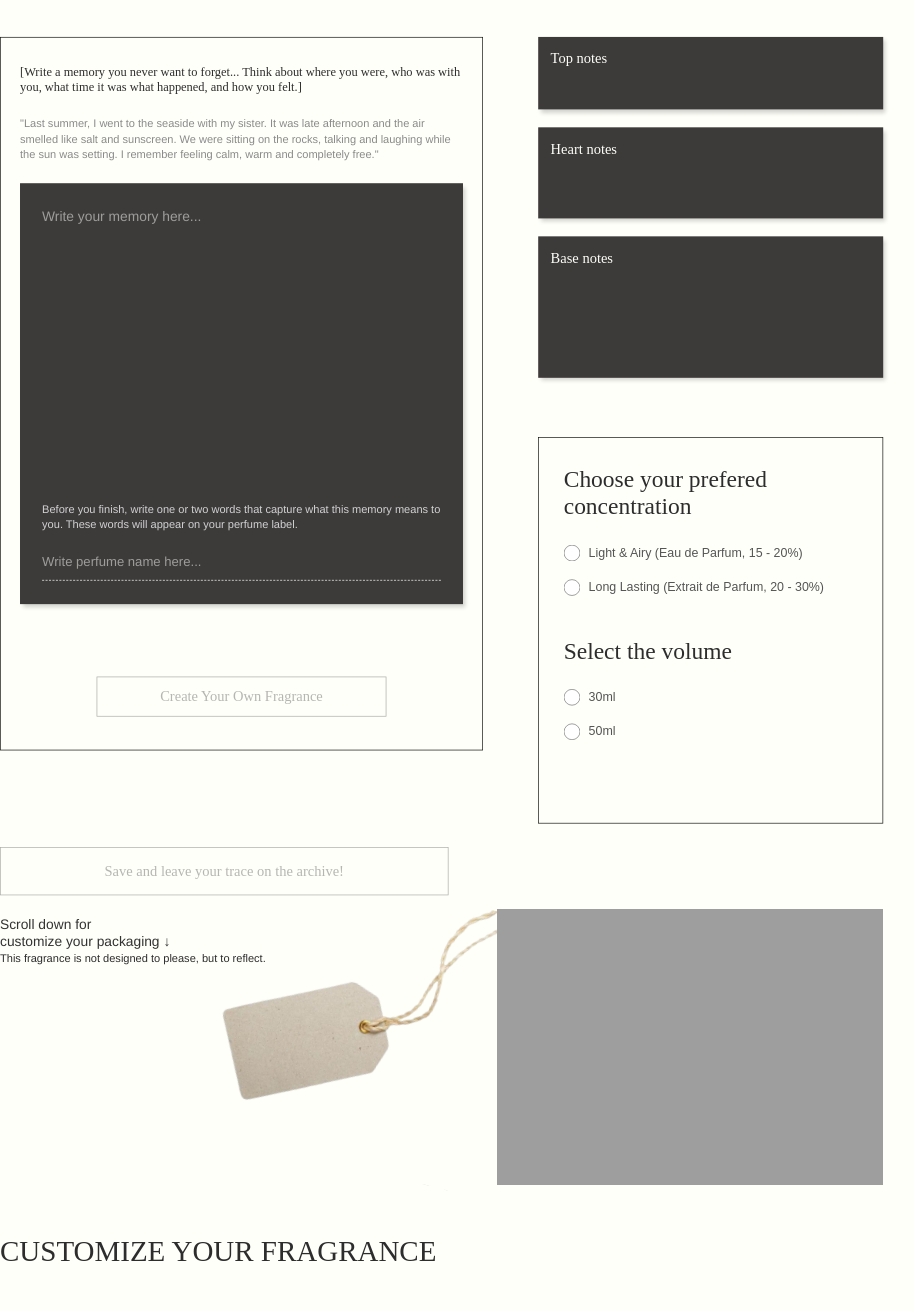
Repository: doagunes/Sillage
Page: /create
The author's editor kept a copy of each file at every save. The page is drawn from the files as they stood at one save, then again after the next save.
The browser window is 1280 px wide. The page is 1325 px wide, so the pictures cover 1325 px, including what lies to the right of the window. The pictures show the part of the page from y = 773 to 2673 px (the page is 4240 px tall), at 69% of full size.
Pictures or frames that could not be fetched are drawn as grey boxes. Some web fonts or font styles are not loaded; a fallback is used. The project was rebuilt for these pictures with package versions that can differ from the ones it lists, and the page was loaded fresh each time. Also part of the build but not shown: vite.config.js, src/pages/SignUp.css, src/pages/SignUp.jsx, src/pages/Login.css, src/pages/Login.jsx, src/components/DynamicPerfumeBottle.css, src/components/DynamicPerfumeBottle.jsx, src/pages/Account.css and 17 more.

Above is the page before, as saved 2026-06-06 12:48:52.

### index.html
<!doctype html>
<html lang="en">
  <head>
    <meta charset="UTF-8" />
    <link rel="icon" type="image/svg+xml" href="/favicon.svg" />
    <meta name="viewport" content="width=device-width, initial-scale=1.0" />
    <title>sillage</title>
  </head>
  <body>
    <div id="root"></div>
    <script type="module" src="/src/main.jsx"></script>
  </body>
</html>

### src/main.jsx
import React from 'react'
import ReactDOM from 'react-dom/client'
import App from './App'
import './index.css'
import "./styles/fonts.css";

ReactDOM.createRoot(document.getElementById('root')).render(
  <React.StrictMode>
    <App />
  </React.StrictMode>,
)

### src/App.jsx
import "./index.css";
import { BrowserRouter, Routes, Route } from "react-router-dom";
import { AuthProvider } from "./context/AuthContext";
import { CartProvider } from "./context/CartContext";

import SignUp from "./pages/SignUp";
import Login from "./pages/Login";
import Account from "./pages/Account";

import Home from "./pages/Home";
import About from "./pages/About";
import Create from "./pages/Create";
import Archive from "./pages/Archive";
import ArchiveDetail from "./pages/ArchiveDetail";
import Cart from "./pages/Cart";
import ScentDetail from "./pages/ScentDetail";

function App() {
  return (
    <AuthProvider>
      <CartProvider>
        <BrowserRouter>
          <Routes>
            <Route path="/" element={<Home />} />
            <Route path="/about" element={<About />} />
            <Route path="/create" element={<Create />} />
            <Route path="/archive" element={<Archive />} />
            <Route path="/archive/:id" element={<ArchiveDetail />} />

            <Route path="/signup" element={<SignUp />} />
            <Route path="/login" element={<Login />} />
            <Route path="/account" element={<Account />} />

            <Route path="/cart" element={<Cart />} />

            <Route path="/scents/:scentId" element={<ScentDetail />} />
          </Routes>
        </BrowserRouter>
      </CartProvider>
    </AuthProvider>
  );
}

export default App;

### src/index.css
@import "tailwindcss";

@font-face {
  font-family: "Richmond Display";
  src: url("./assets/fonts/RichmondDisplay-Light.otf") format("opentype");
  font-weight: 300;
  font-style: normal;
}

@font-face {
  font-family: "Helvetica Neue Light";
  src: url("./assets/fonts/HelveticaNeue-Light.otf") format("opentype");
  font-weight: 300;
  font-style: normal;
}

:root {
  --font-heading: "Richmond Display", serif;
  --font-body: "Helvetica Neue Light", Arial, sans-serif;
}

* {
  margin: 0;
  padding: 0;
  box-sizing: border-box;
}

body {
  background-color: #f7f3ee;
  font-family: var(--font-body);
}

h1,
h2,
h3,
h4,
h5,
h6 {
  font-family: var(--font-heading);
  font-weight: 300;
}
@keyframes luxuryFade {
  from {
    opacity: 0;
    transform: translateY(40px);
    filter: blur(8px);
  }

  to {
    opacity: 1;
    transform: translateY(0);
    filter: blur(0);
  }
}

.page-enter {
  animation: luxuryFade 1.8s cubic-bezier(0.22, 1, 0.36, 1);
}

### src/styles/fonts.css
@font-face {
  font-family: "Richmond Display";
  src: url("../assets/fonts/RichmondDisplay-Light.otf")
    format("opentype");
  font-weight: 300;
  font-style: normal;
}

@font-face {
  font-family: "Helvetica Neue Light";
  src: url("../assets/fonts/HelveticaNeue-Light.otf")
    format("opentype");
  font-weight: 300;
  font-style: normal;
}

### src/context/AuthContext.jsx
import { createContext, useContext, useEffect, useState } from "react";

const AuthContext = createContext();

const API_URL = "http://localhost:5001/api";

export function AuthProvider({ children }) {
  const [user, setUser] = useState(null);

  useEffect(() => {
    const savedCurrentUser = localStorage.getItem("sillageCurrentUser");

    if (savedCurrentUser) {
      setUser(JSON.parse(savedCurrentUser));
    }
  }, []);

  const signup = async ({ username, email, password }) => {
    try {
      const response = await fetch(`${API_URL}/signup`, {
        method: "POST",
        headers: {
          "Content-Type": "application/json",
        },
        body: JSON.stringify({
          username,
          email,
          password,
        }),
      });

      const data = await response.json();

      if (!response.ok) {
        return {
          success: false,
          message: data.message || "Signup failed.",
        };
      }

      localStorage.setItem("sillageCurrentUser", JSON.stringify(data));
      setUser(data);

      return {
        success: true,
        user: data,
      };
    } catch (error) {
      return {
        success: false,
        message: "Could not connect to the server.",
      };
    }
  };

  const login = async (email, password) => {
    try {
      const response = await fetch(`${API_URL}/login`, {
        method: "POST",
        headers: {
          "Content-Type": "application/json",
        },
        body: JSON.stringify({
          email,
          password,
        }),
      });

      const data = await response.json();

      if (!response.ok) {
        return {
          success: false,
          message: data.message || "Login failed.",
        };
      }

      localStorage.setItem("sillageCurrentUser", JSON.stringify(data));
      setUser(data);

      return {
        success: true,
        user: data,
      };
    } catch (error) {
      return {
        success: false,
        message: "Could not connect to the server.",
      };
    }
  };

  const logout = () => {
    localStorage.removeItem("sillageCurrentUser");
    setUser(null);
  };

  const isLoggedIn = Boolean(user);

  return (
    <AuthContext.Provider value={{ user, isLoggedIn, signup, login, logout }}>
      {children}
    </AuthContext.Provider>
  );
}

export function useAuth() {
  return useContext(AuthContext);
}

### src/components/Navbar.jsx
import "./Navbar.css";
import { Link } from "react-router-dom";
import { useAuth } from "../context/AuthContext";

import logo from "../assets/navbar/sillage-logo.svg";
import userIcon from "../assets/navbar/user-icon.svg";
import bagIcon from "../assets/navbar/bag-icon.svg";
import instagramIcon from "../assets/navbar/instagram-icon.svg";

function Navbar() {
  const { isLoggedIn } = useAuth();

  return (
    <header className="navbar">
      <Link to="/" className="logo">
        <img src={logo} alt="sillage" />
      </Link>

      <nav className="nav-links">
        <Link to="/about">About</Link>
        <Link to="/create">Create Your Own Fragrance</Link>
        <Link to="/archive">Memory Archive</Link>
      </nav>

      <div className="nav-icons">
        <Link to={isLoggedIn ? "/account" : "/signup"} className="nav-icon-link">
          <img src={userIcon} alt="Account" />
        </Link>

        <Link to="/cart" className="nav-icon-link">
          <img src={bagIcon} alt="Cart" />
        </Link>

        <a
          href="https://www.instagram.com/"
          target="_blank"
          rel="noreferrer"
          className="nav-icon-link"
        >
          <img src={instagramIcon} alt="Instagram" />
        </a>
      </div>
    </header>
  );
}

export default Navbar;

### src/components/Footer.jsx
import "./Footer.css";
import { Link } from "react-router-dom";
import logo from "../assets/sillage-logo-b.svg";

function Footer() {
  return (
    <footer className="footer">
      <Link to="/" className="footer-brand">
        <img src={logo} alt="Sillage" />
      </Link>

      <div className="footer-col">
        <Link to="/about">
          <h3>About</h3>
        </Link>
      </div>

      <div className="footer-col">
        <h3>Scent Studio</h3>

        <Link to="/create">
          Create Your Own Perfume
        </Link>

        <Link to="/create">
          Customize Your Packaging
        </Link>
      </div>

      <div className="footer-col">
        <Link to="/archive">
          <h3>Memory Archive</h3>
        </Link>
      </div>

      <div className="footer-col contact">
        <h3>Contacts</h3>

        <p>info@sillageperfumery.com.tr</p>

        <p>
          +90 123 456 78 90 &nbsp; | &nbsp; Izmir / Turkey
        </p>
      </div>
    </footer>
  );
}

export default Footer;

### src/pages/Create.css
.create-page {
  background: #fffffa;
  color: #2E2D2D;
  font-family: "Helvetica Neue", Arial, sans-serif;
}

/* HERO */

.create-hero {
  width: 1280px;
  margin: 0 auto;
  display: grid;
  grid-template-columns: 50% 50%;
  border-left: 1px solid #111;
  border-right: 1px solid #111;
  border-bottom: 1px solid #111;
  border-top: none;
}

.create-hero-left {
  height: 330px;
  padding: 42px 32px 28px;
  box-sizing: border-box;

  display: flex;
  flex-direction: column;
  justify-content: space-between;
}

.create-hero-left h1 {
  margin: 0;
  font-family: "Richmond Display", serif;
  font-size: 44px;
  line-height: 1.18;
  font-weight: 300;
  letter-spacing: 0.01em;
  color: #2E2D2D;
}

.create-hero-left p {
  margin: 0;
  font-size: 36px;
  font-weight: 300;
  line-height: 1;
}

.create-hero-image {
  height: 330px;
  border-left: 1px solid #111;
  overflow: hidden;
}

.create-hero-image img {
  width: 100%;
  height: 100%;
  object-fit: cover;
  filter: grayscale(100%);
  display: block;
}

/* STEPS */

.steps-grid {
  width: 1280px;
  margin: 0 auto 62px;
  display: grid;
  grid-template-columns: repeat(4, 1fr);
  border-left: 1px solid #111;
}

.step-card {
  min-height: 270px;
  border-right: 1px solid #111;
  border-bottom: 1px solid #111;
  position: relative;
  padding: 100px 28px 28px;
  box-sizing: border-box;
}

.step-number {
  position: absolute;
  top: 0;
  left: 0;
  width: 66px;
  height: 66px;
  border-right: 1px solid #111;
  border-bottom: 1px solid #111;

  display: flex;
  align-items: center;
  justify-content: center;

  font-family: "Richmond Display", serif;
  font-size: 44px;
  font-weight: 300;
  line-height: 1;
}

.step-card p {
  margin: 0;
  font-size: 30px;
  line-height: 1.22;
  font-weight: 100;
}

/* CREATE MAIN */

.create-main {
  width: 1280px;
  margin: 70px auto 0;

  display: grid;
  grid-template-columns: 700px 500px;

  gap: 80px;

  align-items: start;
}

.memory-panel {
  border: 1px solid #111;
  padding: 38px 28px 48px;
  min-height: 900px;
  box-sizing: border-box;
}

.memory-panel h3 {
  margin: 0 0 30px;
  font-family: "Richmond Display", serif;
  font-size: 18px;
  font-weight: 400;
  line-height: 1.28;
}

.memory-panel > p {
  margin: 0 0 32px;
  color: #8a8a8a;
  font-size: 16px;
  line-height: 1.35;
  font-family: "Helvetica Neue", Arial, sans-serif;
}

.memory-input {
  background: #3d3a3a;
  color: #fffffa;
  height: 610px;
  padding: 34px 32px;
  box-sizing: border-box;
  display: flex;
  flex-direction: column;
  box-shadow: 4px 5px 6px rgba(0, 0, 0, 0.18);
  font-family: "Helvetica Neue", Arial, sans-serif;
}

.memory-input textarea {
  flex: 1;
  min-height: 360px;
  background: transparent;
  border: none;
  color: #fffffa;
  font-size: 20px;
  line-height: 1.4;
  outline: none;
  resize: none;
}

.memory-input span {
  color: #d2d2d2;
  font-size: 16px;
  line-height: 1.35;
  margin-top: auto;
}

.memory-title-input {
  margin-top: 22px;
  background: transparent;
  border: none;
  border-bottom: 1px dashed #fffffa;
  color: #fffffa;
  font-size: 19px;
  outline: none;
  padding: 8px 0 12px;
}

.memory-panel > button {
  width: 420px;
  height: 58px;
  margin: 105px auto 0;
  display: block;
  border: 1px solid #111;
  background: transparent;
  font-family: "Richmond Display", serif;
  font-size: 21px;
  cursor: pointer;
}

/* NOTES */

.notes-panel {
  display: grid;
  grid-template-columns: 1fr;
  gap: 26px;
}

.note-box {
  height: 105px;
  background: #3d3a3a;
  color: #fffffa;
  padding: 16px 18px;
  box-sizing: border-box;
  box-shadow: 4px 5px 6px rgba(0, 0, 0, 0.18);

  overflow-y: auto;
  overflow-x: hidden;
}

.note-heart {
  height: 132px;
  overflow-y: auto;
}

.note-base {
  height: 205px;
  overflow-y: auto;
}

.note-box h3 {
  margin: 0 0 8px;
  font-family: "Richmond Display", serif;
  font-size: 21px;
  font-weight: 300;
}

/* OPTIONS */

.options-box {
  border: 1px solid #111;

  min-height: 560px;

  padding: 40px 36px;

  box-sizing: border-box;

  margin-top: 60px;

  background: #fffffa;
}

.options-box h3 {
  margin: 0 0 36px;

  font-family: "Richmond Display", serif;
  font-size: 34px;
  font-weight: 300;
  line-height: 1.15;

  color: #2E2D2D;
}

.options-box h3:nth-of-type(2) {
  margin-top: 60px;
}

.options-box label {
  display: flex;
  align-items: center;

  margin-bottom: 26px;

  font-family: "Helvetica Neue Light", sans-serif;
  font-size: 18px;
  font-weight: 300;
  line-height: 1.3;

  color: #555;
}

.options-box input {
  width: 24px;
  height: 24px;

  margin-right: 12px;

  accent-color: #111;

  flex-shrink: 0;
}

/* SAVE */

.archive-save {
  width: 1280px;
  margin: 34px auto 80px;
  position: relative;
  z-index: 20;
}

.archive-save button {
  width: 650px;
  height: 70px;
  border: 1px solid #111;
  background: transparent;
  font-family: "Richmond Display", serif;
  font-size: 21px;
  cursor: pointer;
  position: relative;
  z-index: 21;
}

/* TAG */

.tag-section {
  width: 1280px;
  height: 360px;
  margin: 0 auto 45px;
  position: relative;
}

.scroll-hint {
  position: absolute;
  left: 0;
  top: -50px;

  display: flex;
  flex-direction: column;

  font-size: 20px;
  font-weight: 300;
  line-height: 1.25;
  color: #333;
}

.tag-img {
  position: absolute;
  left: 257px;
  top: -150px;

  width: 500px;
  height: auto;
  display: block;
}

.tag-photo-img {
  position: absolute;
  right: 0;
  top: -60px;

  width: 560px;
  height: 400px;
  object-fit: cover;
  display: block;
}

/* CUSTOMIZE SECTION */

.customize-section {
  width: 1280px;
  margin: 0 auto 90px;
}

.customize-section h2 {
  font-family: "Richmond Display", serif;
  font-size: 42px;
  font-weight: 100;
  margin: 0 0 55px;
  color: #2E2D2D;
}

.customize-grid {
  display: grid;
  grid-template-columns: 58% 42%;
  gap: 45px;
  align-items: start;
}

.package-preview {
  width: 100%;
  height: 670px;
  overflow: hidden;
}

.package-preview img {
  width: 100%;
  height: 100%;
  object-fit: cover;
  display: block;
}

/* RIGHT PANEL */

.package-customize-panel h3 {
  font-family: "Richmond Display", serif;
  font-size: 28px;
  font-weight: 300;
  line-height: 1.2;
  margin: 0 0 35px;
  color: #222;
}

.package-upload-box {
  height: 260px;
  border: 2px dashed #c9d1d8;
  display: flex;
  flex-direction: column;
  align-items: center;
  justify-content: center;
  gap: 22px;
  position: relative;
  margin-bottom: 150px;
}

.upload-icon {
  font-size: 34px;
  color: #111;
  line-height: 1;
}

.package-upload-box p {
  margin: 0;
  text-align: center;
  font-size: 25px;
  font-weight: 300;
  line-height: 1.25;
  color: #666;
}

.package-upload-plus {
  width: 58px;
  height: 58px;
  background: #202020;
  color: #fffffa;
  display: flex;
  align-items: center;
  justify-content: center;
  font-size: 34px;
  font-weight: 300;
  cursor: pointer;
}

.package-upload-preview {
  width: 100%;
  height: 100%;
  object-fit: cover;
}

.package-description {
  font-size: 19px;
  font-weight: 100;
  line-height: 1.22;
  color: #333;
  margin: 0;
}

/* PACKAGING CHOICE */

.packaging-choice-section {
  width: 1280px;
  margin: 120px auto 110px;
  display: grid;
  grid-template-columns: 760px 430px;
  gap: 90px;
  align-items: start;
}

.packaging-options {
  display: grid;
  grid-template-columns: 1fr 1fr;
  border: 1px solid #111;
}

.packaging-card {
  padding: 26px 24px 34px;
  min-height: 520px;
  border-right: 1px solid #111;
  box-sizing: border-box;
  cursor: pointer;
}

.packaging-card:last-child {
  border-right: none;
}

.packaging-title {
  display: flex;
  align-items: center;
  gap: 18px;
  margin-bottom: 24px;

  font-family: "Richmond Display", serif;
  font-size: 24px;
  font-weight: 300;
  line-height: 1.15;
}

.packaging-title input {
  width: 22px;
  height: 22px;
  accent-color: #111;
}

.packaging-image {
  width: 100%;
  height: 390px;
  overflow: hidden;
}

.packaging-image img {
  width: 100%;
  height: 100%;
  object-fit: cover;
  display: block;
}

/* RIGHT MEMORY LINE */

.memory-line-panel {
  width: 100%;
}

.memory-line-box {
  border: 1px solid #111;
  padding: 28px 26px 20px;
  box-sizing: border-box;
}

.memory-line-box h3 {
  margin: 0 0 34px;
  font-family: "Richmond Display", serif;
  font-size: 28px;
  font-weight: 300;
  line-height: 1.12;
}

.memory-line-box p {
  margin: 0 0 26px;
  font-size: 21px;
  font-weight: 300;
  line-height: 1.22;
}

.memory-line-box textarea {
  width: 100%;
  height: 150px;
  background: #3D3B3B;
  color: #fffffa;
  border: none;
  padding: 22px;
  box-sizing: border-box;
  resize: none;
  outline: none;

  font-size: 20px;
  font-family: "Helvetica Neue", Arial, sans-serif;
}

.final-cart-btn {
  width: 100%;
  height: 70px;
  margin-top: 42px;
  border: 1px solid #111;
  background: transparent;

  font-family: "Richmond Display", serif;
  font-size: 31px;
  font-weight: 300;
  text-align: left;
  padding-left: 22px;
  cursor: pointer;
}

.final-cart-btn:disabled {
  opacity: 0.35;
  cursor: not-allowed;
  pointer-events: none;
}

/* PLACEHOLDER */

.placeholder {
  background: #ddd9d3;
  color: #777;
  display: flex;
  align-items: center;
  justify-content: center;
}

/* RESPONSIVE */

@media (max-width: 900px) {
  .create-hero,
  .steps-grid,
  .create-main,
  .archive-save,
  .tag-section,
  .customize-section,
  .packaging-choice-section {
    width: calc(100% - 32px);
  }

  .create-hero,
  .create-main,
  .customize-grid,
  .packaging-choice-section {
    grid-template-columns: 1fr;
  }

  .steps-grid {
    grid-template-columns: 1fr;
  }

  .archive-save button,
  .memory-panel > button {
    width: 100%;
  }

  .tag-section {
    grid-template-columns: 1fr;
  }

  .packaging-options {
    grid-template-columns: 1fr;
  }

  .packaging-card {
    border-right: none;
    border-bottom: 1px solid #111;
  }
}
.disabled-cart-btn {
  opacity: 0.35;
  cursor: not-allowed;
}

.cart-error-message {
  margin: 24px 0 -24px;
  color: #8b0000;
  font-family: Arial, sans-serif;
  font-size: 15px;
}

.create-fragrance-btn:disabled,
.save-trace-btn:disabled {
  opacity: 0.35;
  cursor: not-allowed;
  pointer-events: none;
}

.create-fragrance-btn:not(:disabled),
.save-trace-btn:not(:disabled) {
  opacity: 1;
  cursor: pointer;
}
.final-cart-btn:disabled,
.create-fragrance-btn:disabled,
.save-trace-btn:disabled {
  opacity: 0.35;
  cursor: not-allowed;
  pointer-events: none;
}

.disabled-packaging-card {
  opacity: 0.45;
  cursor: not-allowed;
}
.package-upload-box .upload-icon {
  font-size: 38px;
}

.package-upload-box p {
  text-align: center;
}

### src/components/Navbar.css
.navbar {
  height: 150px;

  display: grid;
  grid-template-columns: 420px 1fr 220px;

  align-items: center;

  padding: 0 60px;

  background: #fffffa;
  border-bottom: 1px solid #111;
}

.logo {
  justify-self: start;
}

.logo img {
  width: 288px;
  height: auto;
  display: block;
}

.nav-links {
  display: flex;
  justify-content: center;
  align-items: center;

  gap: 90px;

  margin-top: 53px;
}

.nav-links a {
  color: #111;
  text-decoration: none;

  font-family: "Helvetica Neue", Arial, sans-serif;
  font-size: 22px;
  font-weight: 300;
  line-height: 1.15;
}

.nav-icons {
  display: flex;
  justify-content: flex-end;
  align-items: center;

  gap: 24px;

  margin-top: 53px;
}

.nav-icon-link {
  display: flex;
  align-items: center;
  justify-content: center;
  text-decoration: none;
}

.nav-icon-link img {
  width: 20px;
  height: 20px;
  object-fit: contain;
}

### src/components/Footer.css
.footer {
  background: #222222;
  color: #f5f5f2;

  height: 145px;
  padding: 28px 120px 24px;

  display: grid;
  grid-template-columns: 2.2fr 0.8fr 1.4fr 1.2fr 1.4fr;
  align-items: start;
  column-gap: 90px;

  box-sizing: border-box;
  overflow: hidden;
}

.footer-brand {
  display: flex;
  align-items: flex-start;
  justify-content: flex-start;
  margin-left: -30px; /* sola yaklaştır */
}

.footer-brand img {
  width: 260px; /* büyüt */
  height: auto;
  display: block;
  margin-top: -120px;
}

.footer-col {
  display: flex;
  flex-direction: column;
}

.footer-col h3,
.footer-title-link {
  font-family: Georgia, "Times New Roman", serif;
  font-size: 18px;
  font-weight: 400;
  color: #f5f5f2;
  text-decoration: none;
  margin: 0 0 18px;
  line-height: 1;
}

.footer-col a,
.footer-col p {
  color: rgba(255, 255, 255, 0.78);
  text-decoration: none;

  font-size: 14px;
  font-weight: 300;
  line-height: 1.35;

  margin: 0 0 6px;
}

.footer-col a:hover,
.footer-title-link:hover {
  color: white;
}

.contact p:first-of-type {
  margin-bottom: 8px;
}

Loaded but not shown: src/data/scentWords.js (584 lines, source omitted); src/utils/analyzeMemory.js (50 lines, source omitted); src/pages/Create.jsx (448 lines, source omitted); src/pages/Home.css (477 lines, source omitted); src/context/CartContext.jsx (158 lines, source omitted)

After the next save:
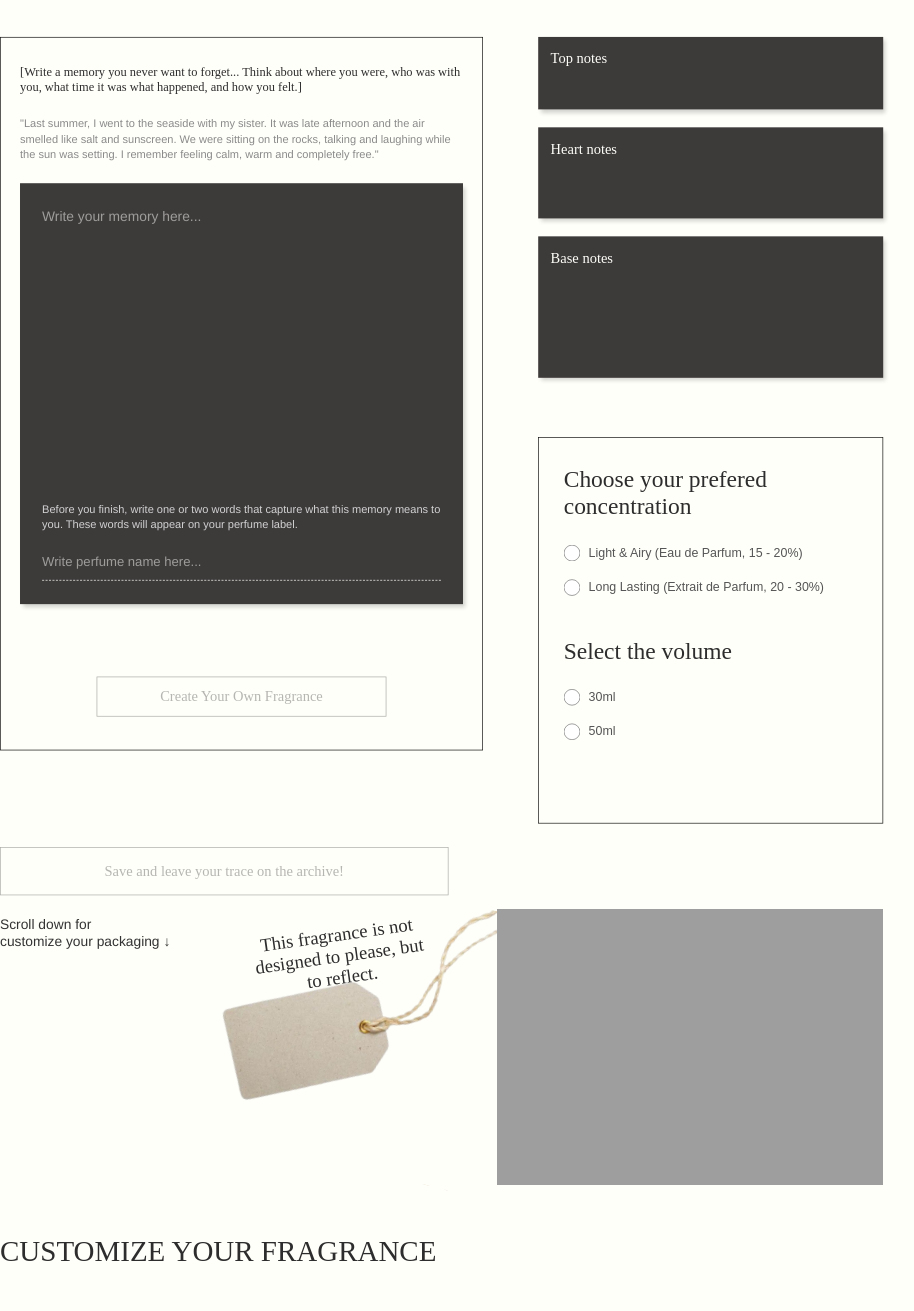
Saved 39 s later.
--- a/src/pages/Create.css
+++ b/src/pages/Create.css
@@ -331,14 +331,36 @@
   color: #333;
 }
 
-.tag-img {
+.tag-wrapper {
   position: absolute;
   left: 257px;
   top: -150px;
 
   width: 500px;
   height: auto;
+}
+
+.tag-img {
+  width: 500px;
+  height: auto;
   display: block;
+}
+
+.tag-text {
+  position: absolute;
+  left: 105px;
+  top: 112px;
+
+  width: 260px;
+
+  font-family: var(--font-heading);
+  font-size: 27px;
+  font-weight: 300;
+  line-height: 1.15;
+  text-align: center;
+  color: #2e2d2d;
+
+  transform: rotate(-8deg);
 }
 
 .tag-photo-img {
